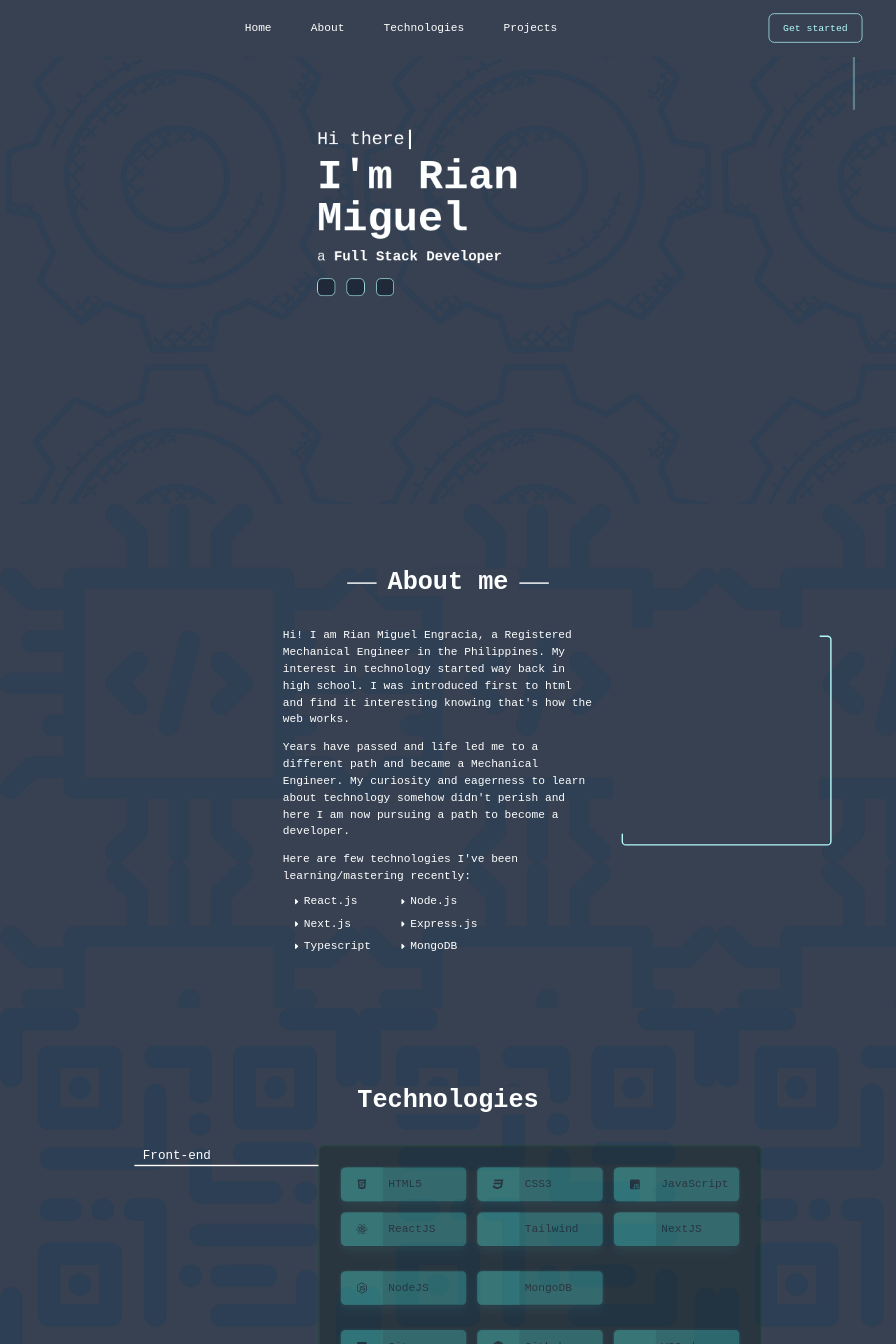
Repository: riandev25/nextjs-portfolio
Page: /
The author's editor kept a copy of each file at every save. The page is drawn from the files as they stood at one save, then again after the next save.
The browser window is 1280 px wide. The pictures show the part of the page from y = 0 to 1920 px (the page is 2880 px tall), at 70% of full size.
Backgrounds fixed to the window are drawn as part of the page. The project was rebuilt for these pictures with package versions that can differ from the ones it lists, and the page was loaded fresh each time. The framework's server and built-in components were replaced by stand-ins that run in the browser. Also part of the build but not shown: next.config.js, components/Home/Keyboard/index.module.css, components/Home/Keyboard/index.jsx.

Above is the page before, as saved 2022-11-13 11:00:03.

After the next save:
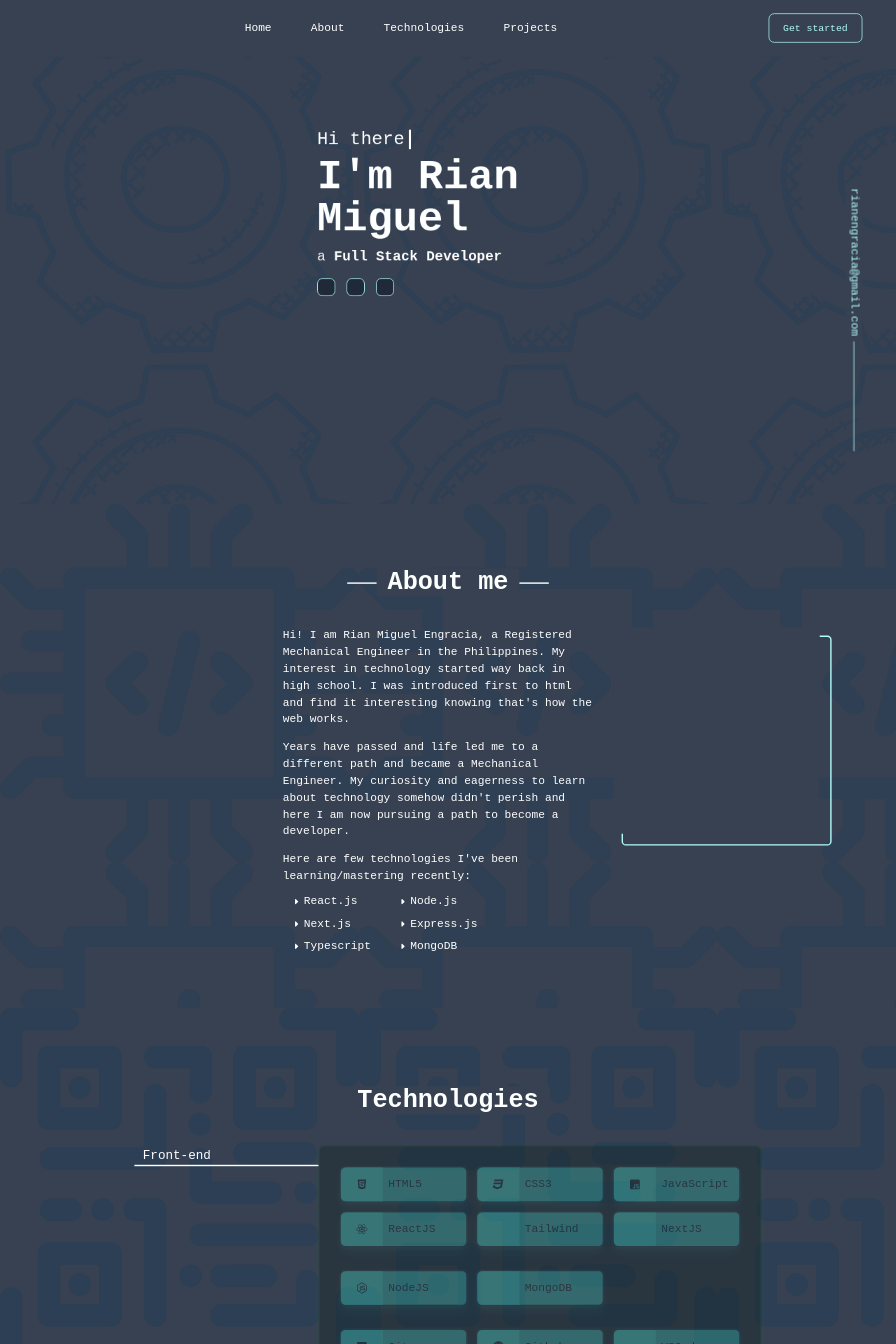
Saved 98 s later.
--- a/components/Header/Email.jsx
+++ b/components/Header/Email.jsx
@@ -4,7 +4,7 @@ import { images } from '../Home/Home';
 
 const Email = () => {
   return (
-    <aside className='fixed bottom-50 right-12 origin-top-right rotate-90'>
+    <aside className='fixed bottom-52 right-12 origin-top-right rotate-90'>
       <div className='flex justify-center items-center relative'>
         <Link href='' legacyBehavior>
           <a className='z-50 transition-all text-[#b2fcfb] bg-gray-700 px-2 hover:text-[#68fffc] hover:scale-110'>
